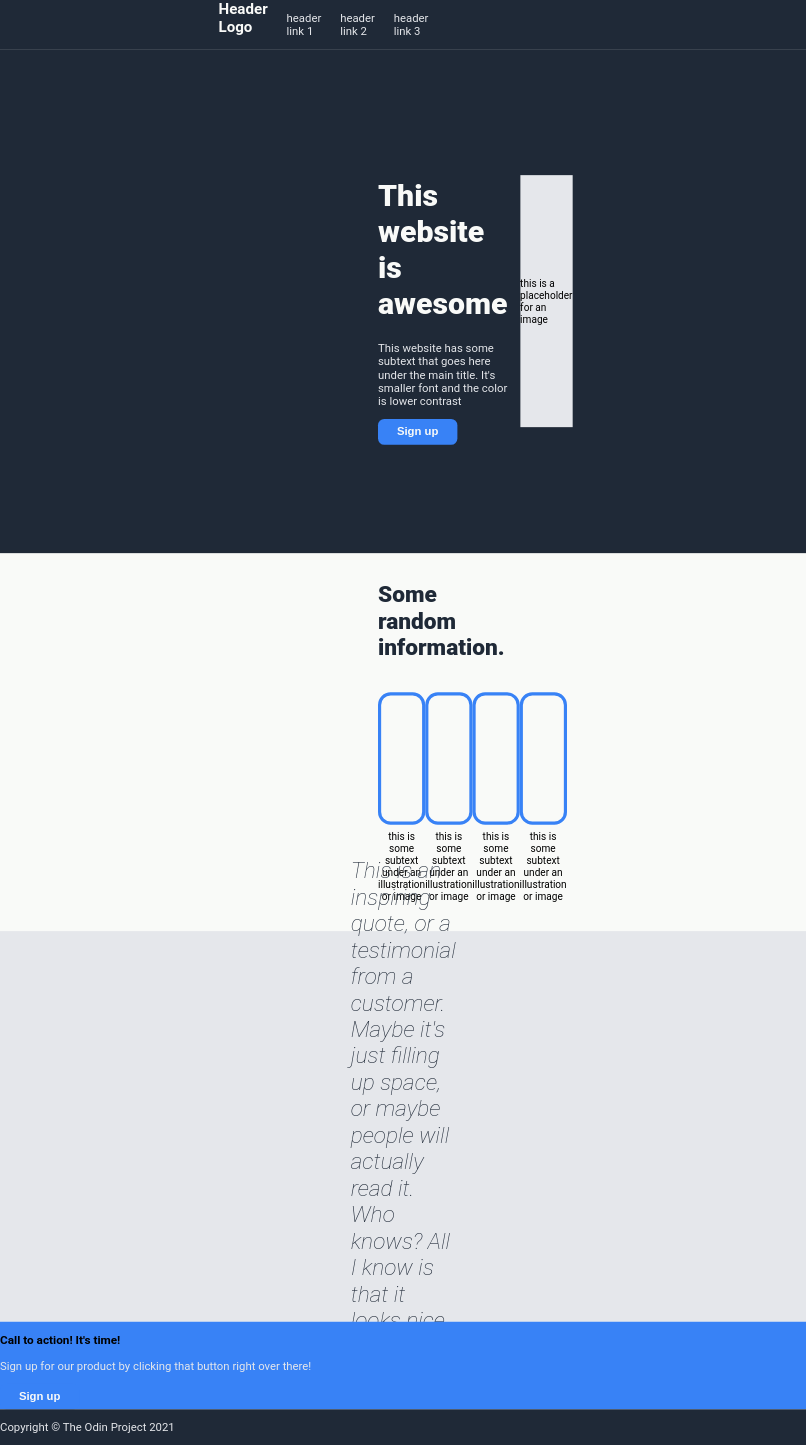
Repository: rsoetydev/landing-page
Page: index.html
These files come from the project's save history. The page is drawn as it stood at one moment and after the next save; the edit follows.
The browser window is 1280 px wide. The pictures show the whole page, at 63% of full size.

Above is the page before, as saved 2023-11-28 10:34:33.

After the next save:
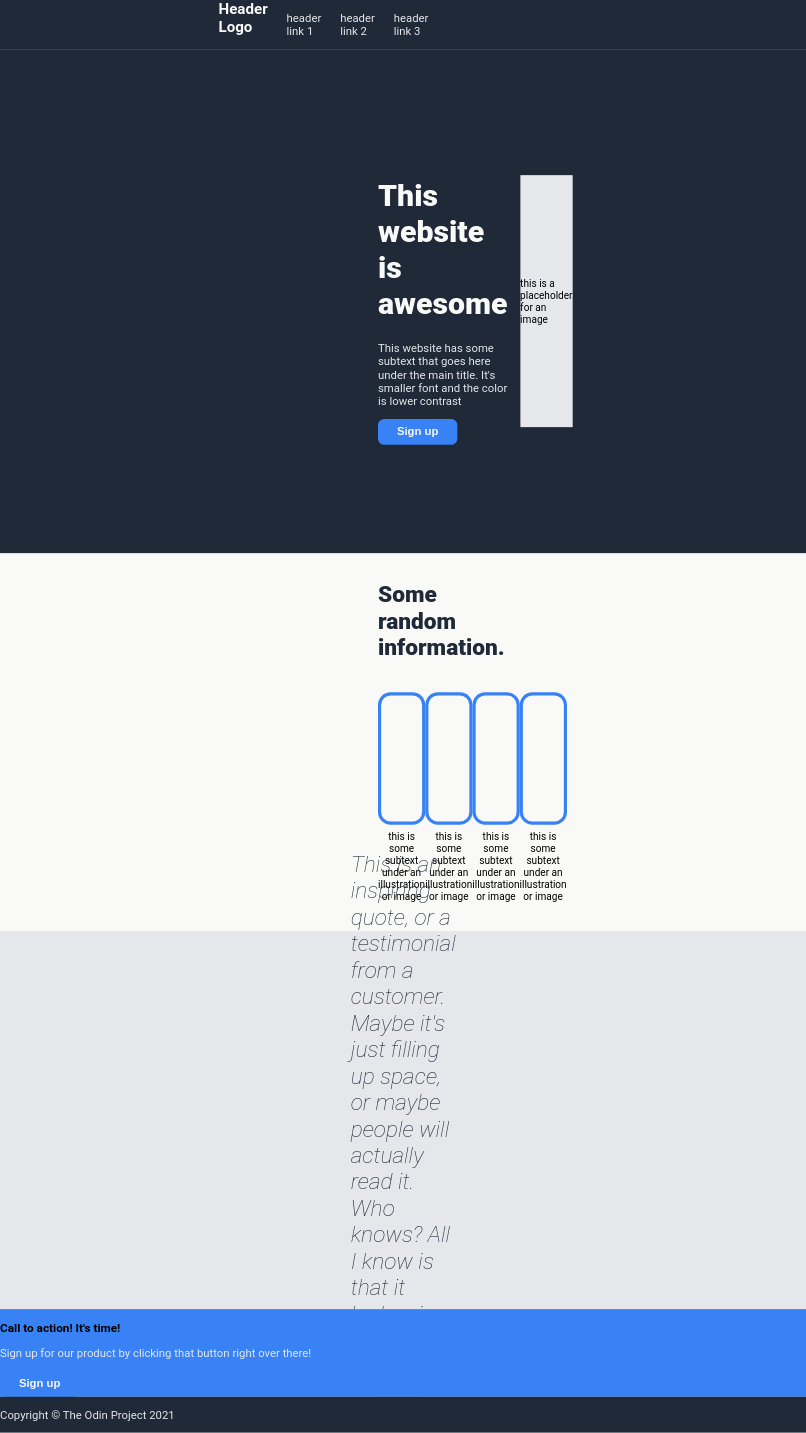
Saved 8 s later.
--- a/style.css
+++ b/style.css
@@ -133,7 +133,7 @@ button{
     height: 600px;
     display:flex;
     flex-direction: column;
-    padding: 10px 600px;
+    padding: 0px 600px;
     justify-content: center;
     align-items: center;
 
